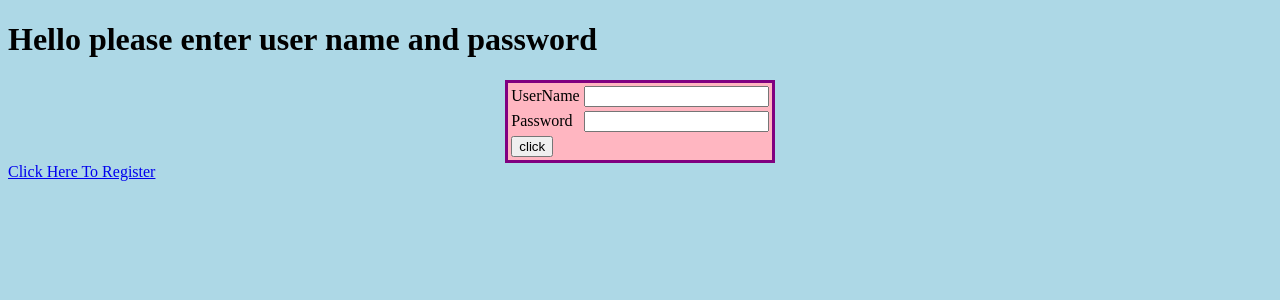
Repository: testGitHub1234cell/Test1
Page: http://localhost/nb/nb/login.jsp
These files come from the project's save history. The page is drawn as it stood at one moment and after the next save; the edit follows.
The browser window is 1280 px wide. The pictures show the whole page.
The page is served by Tomcat 9. Other server files are loaded and not shown.

Above is the page before, as saved 2016-12-17 06:56:40.

### nb/nb/login.jsp
<%@ page language="java" contentType="text/html; charset=ISO-8859-1"
    pageEncoding="ISO-8859-1"%>
<!DOCTYPE html PUBLIC "-//W3C//DTD HTML 4.01 Transitional//EN" "http://www.w3.org/TR/html4/loose.dtd">
<html>
<head>
<meta http-equiv="Content-Type" content="text/html; charset=ISO-8859-1">
<title>Insert title here</title>
</head>
<body bgcolor="lightblue">

<h1>Hello please enter user name and password</h1>

<form action="Controller">
<input type=hidden name=type value=1>
<table align="center" bgcolor="lightpink" bordercolor="purple">
<tr>
<td>UserName</td>
<td><input type=text name=uname></td>
</tr>
<tr>
<td>Password</td>
<td><input type=text name=password></td>
</tr>
<tr>
<td><input type="submit" value="click">
<!-- <td><input type="submit" value="register"> -->
</table>
<a href="register.jsp">Click Here To Register</a>
</body>
</html>

After the next save:
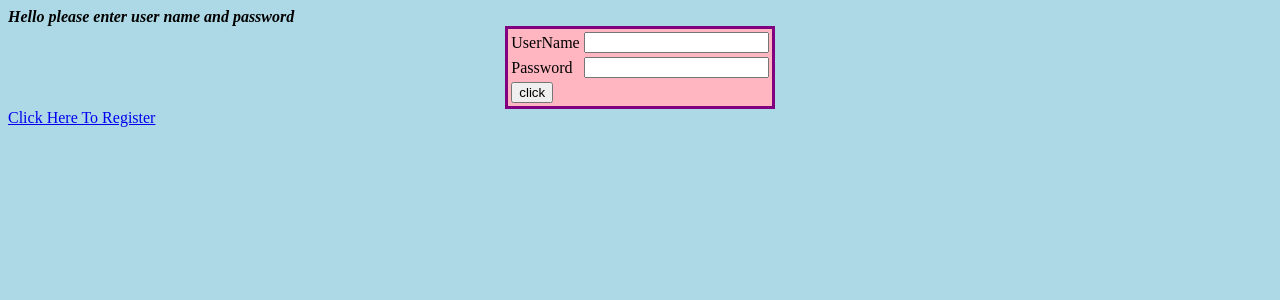
Saved 2 min 14 s later.
--- a/nb/nb/login.jsp
+++ b/nb/nb/login.jsp
@@ -7,8 +7,16 @@
 <title>Insert title here</title>
 </head>
 <body bgcolor="lightblue">
+<%
+Object msg= session.getAttribute("ERRORMSG");
+/* if ( ERRORMSG !=NULL )
+{
 
-<h1>Hello please enter user name and password</h1>
+
+} */
+%>
+
+<b><i>Hello please enter user name and password</i></b>
 
 <form action="Controller">
 <input type=hidden name=type value=1>
